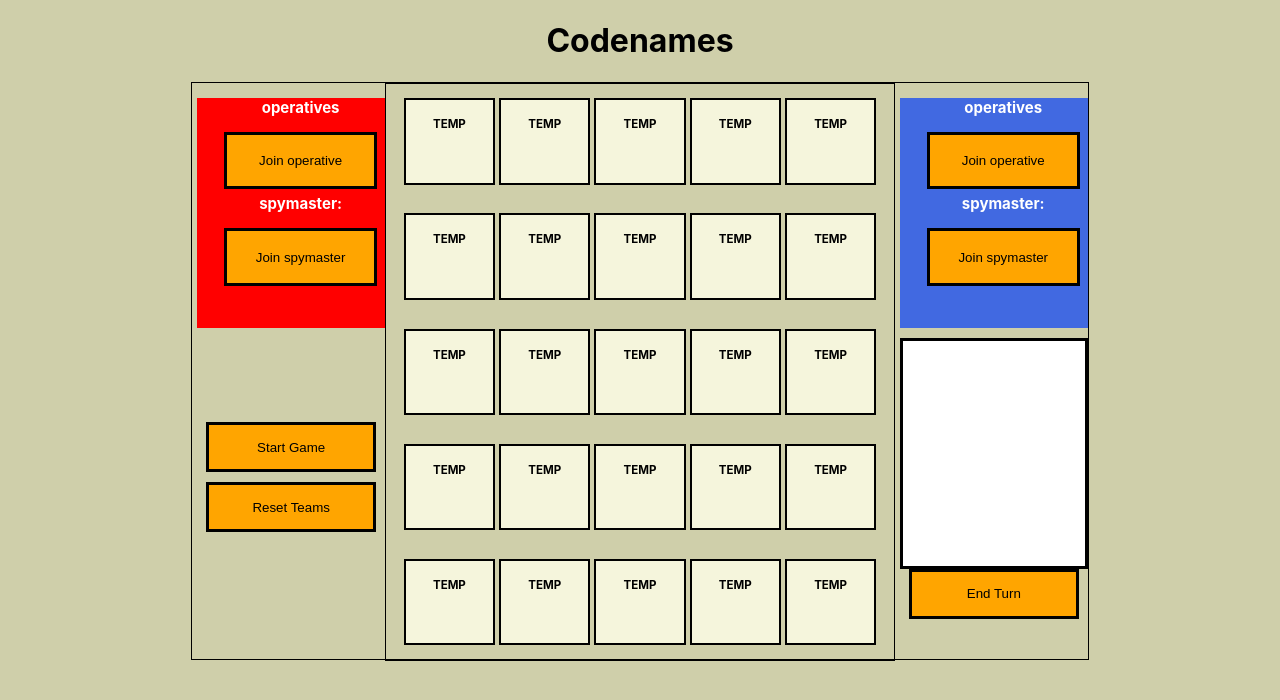
Repository: alcarrizo/Codenames-Fullstack
Page: / (app in client/)
An editor plug-in stored every save of this project. The page is shown before and after the next save, followed by the edit.
The browser window is 1280 px wide. The pictures show the whole page.
The project was rebuilt for these pictures with package versions that can differ from the ones it lists, and the page was loaded fresh each time. Imported but missing from the stored project, and not drawn on this page: client/src/reportWebVitals.

Above is the page before, as saved 2023-01-09 20:31:04.

After the next save:
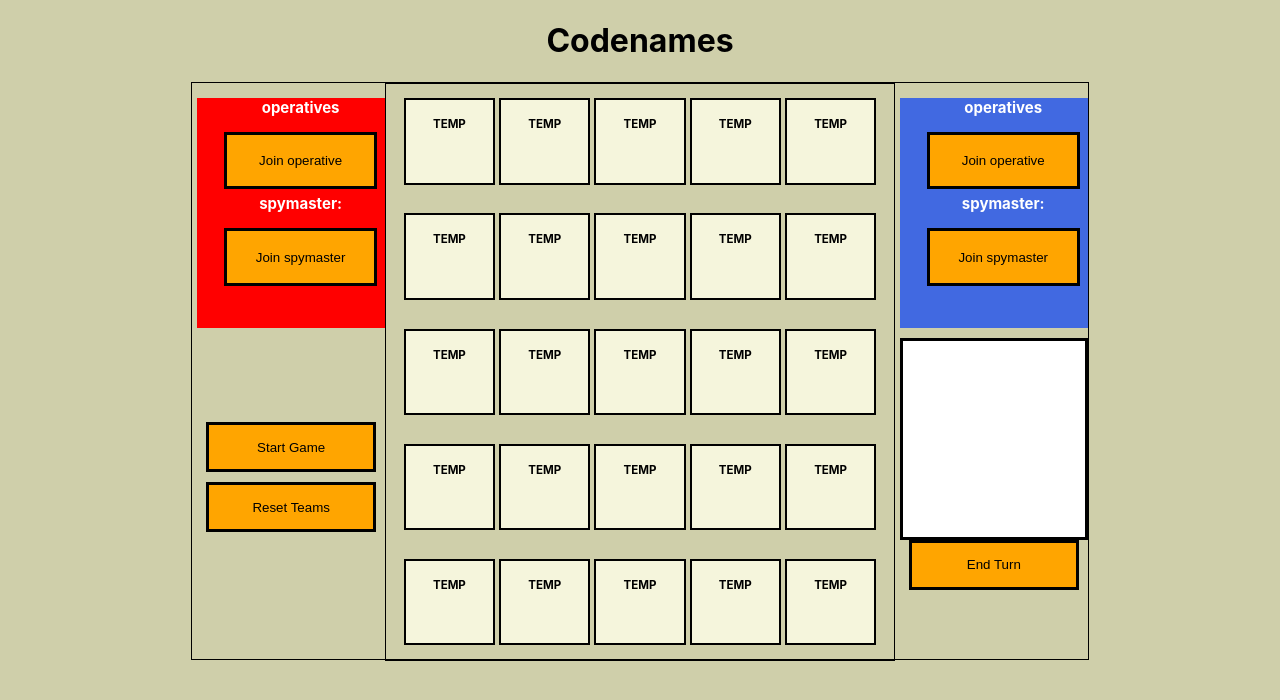
Saved 8 s later.
--- a/client/src/css/styles.css
+++ b/client/src/css/styles.css
@@ -168,7 +168,7 @@
 .clue-log {
     color: black;
     width: 100%;
-    height: 40%;
+    height: 35%;
     margin-top: 10px;
     padding-left: 10px;
     background-color: white;

After the save that followed:
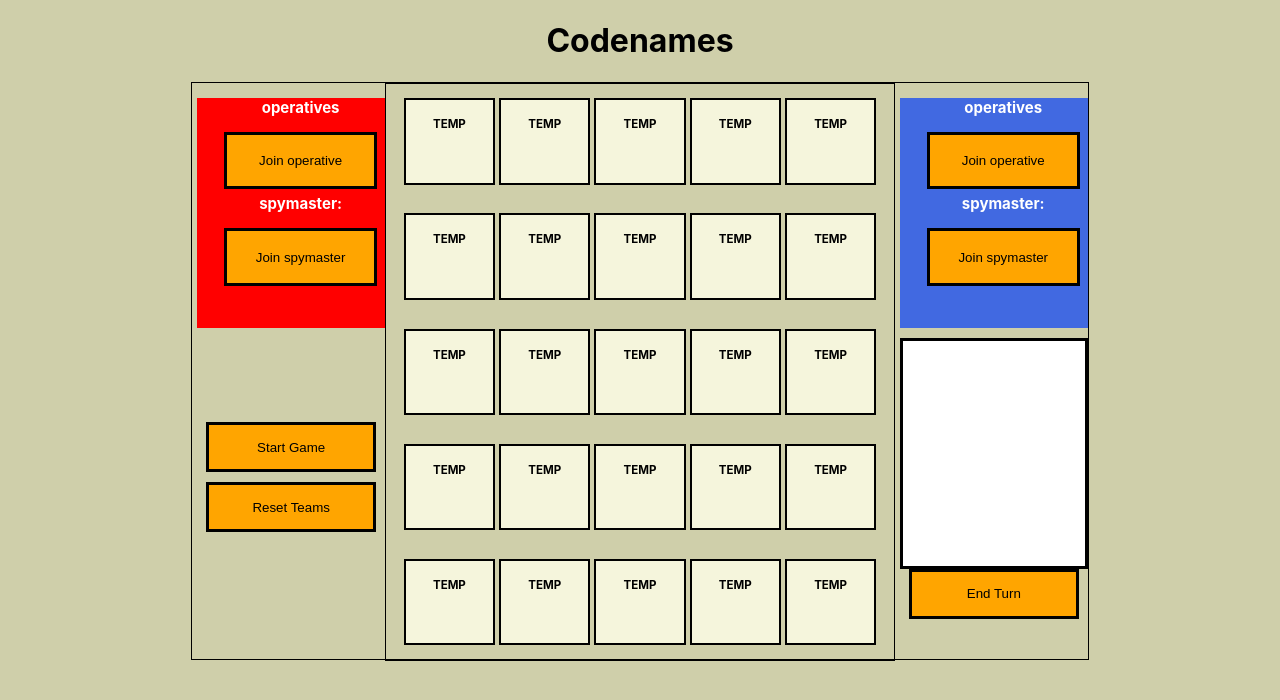
Saved 5 s later.
--- a/client/src/css/styles.css
+++ b/client/src/css/styles.css
@@ -168,7 +168,7 @@
 .clue-log {
     color: black;
     width: 100%;
-    height: 35%;
+    height: 40%;
     margin-top: 10px;
     padding-left: 10px;
     background-color: white;
